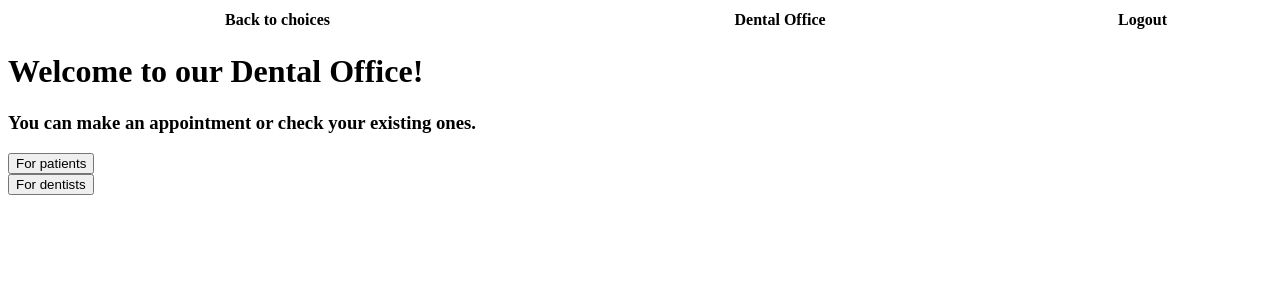
Repository: ThEgIGN/DentalOfficeWebApplication
Page: http://localhost/DentalOfficeWEB/
These files come from the project's save history. The page is drawn as it stood at one moment and after the next save; the edit follows.
The browser window is 1280 px wide. The pictures show the whole page.
The page is served by Tomcat 9. Nobody is signed in. The application's start-up code is not run. Other server files are loaded and not shown.

Above is the page before, as saved 2023-06-16 09:53:28.

### DentalOfficeProject/DentalOfficeWEB/src/main/webapp/index.jsp
<%@ page language="java" contentType="text/html; charset=ISO-8859-1"
	pageEncoding="ISO-8859-1"%>
<!DOCTYPE html>
<html>
<head>
<meta charset="ISO-8859-1">
<title>Dental Office Name</title>
</head>
<body>
	<table style="text-align: center;width: 100%; height: 100%;">
		<tr>
			<th>Back to choices</th>
			<th>Dental Office</th>
			<th>Logout</th>
		</tr>
	</table>
	<h1>Welcome to our Dental Office!</h1>
	<h3>You can make an appointment or check your existing ones.</h3>
	<form action="./patients/createPatient.jsp">
		<button type="submit">For patients</button>
	</form>
	<form action="./dentists/loginDentist.jsp">
		<button type="submit">For dentists</button>
	</form>
</body>
</html>

After the next save:
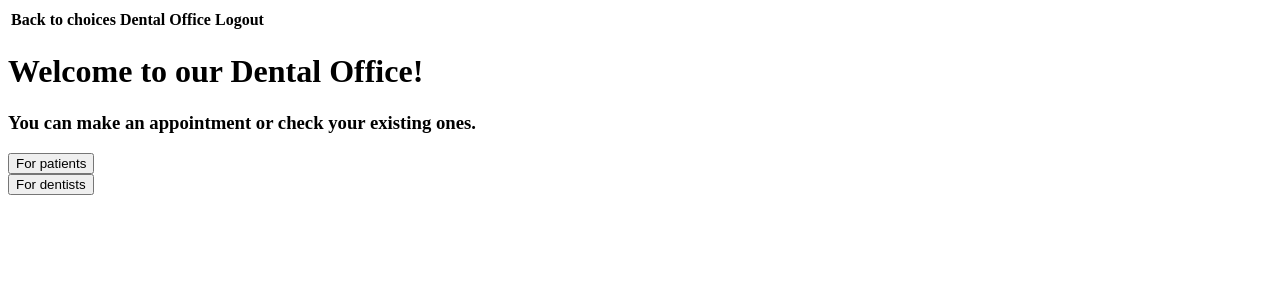
Saved 19 s later.
--- a/DentalOfficeProject/DentalOfficeWEB/src/main/webapp/index.jsp
+++ b/DentalOfficeProject/DentalOfficeWEB/src/main/webapp/index.jsp
@@ -7,7 +7,7 @@
 <title>Dental Office Name</title>
 </head>
 <body>
-	<table style="text-align: center;width: 100%; height: 100%;">
+	<table style="border="1";text-align: center;width: 100%; height: 100%;">
 		<tr>
 			<th>Back to choices</th>
 			<th>Dental Office</th>

After the save that followed:
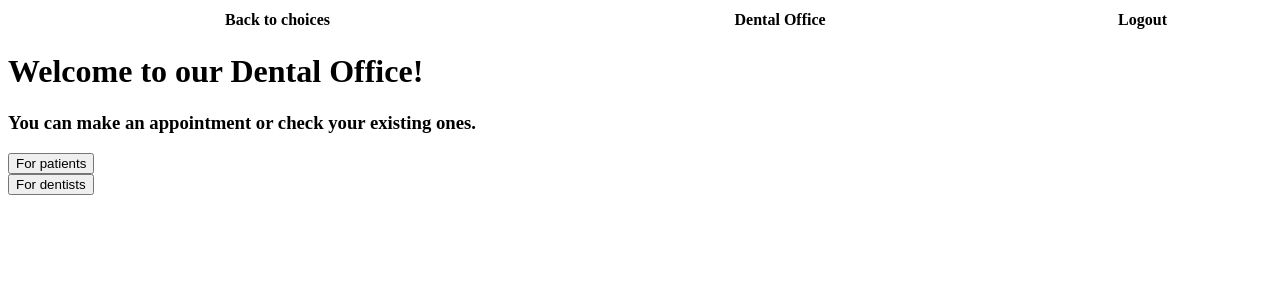
Saved 7 s later.
--- a/DentalOfficeProject/DentalOfficeWEB/src/main/webapp/index.jsp
+++ b/DentalOfficeProject/DentalOfficeWEB/src/main/webapp/index.jsp
@@ -7,7 +7,7 @@
 <title>Dental Office Name</title>
 </head>
 <body>
-	<table style="border="1";text-align: center;width: 100%; height: 100%;">
+	<table style="border=1;text-align: center;width: 100%; height: 100%;">
 		<tr>
 			<th>Back to choices</th>
 			<th>Dental Office</th>
